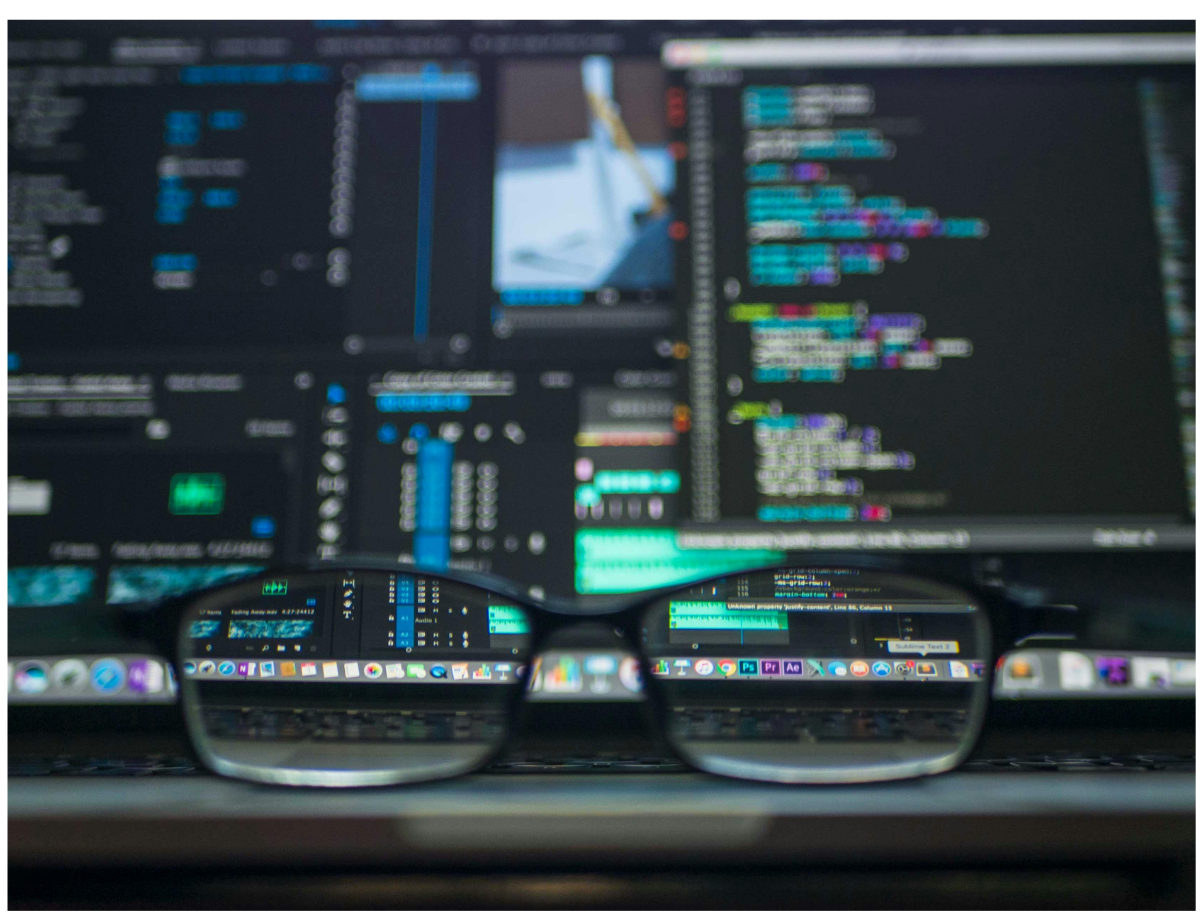
Repository: Caiquedev123/Sites
Page: index.html
The author's editor kept a copy of each file at every save. The page is drawn from the files as they stood at one save, then again after a run of saves.
The browser window is 1280 px wide. The pictures show the whole page, at 94% of full size.

Above is the page before, as saved 2024-07-22 14:04:40.

After the next 2 saves:
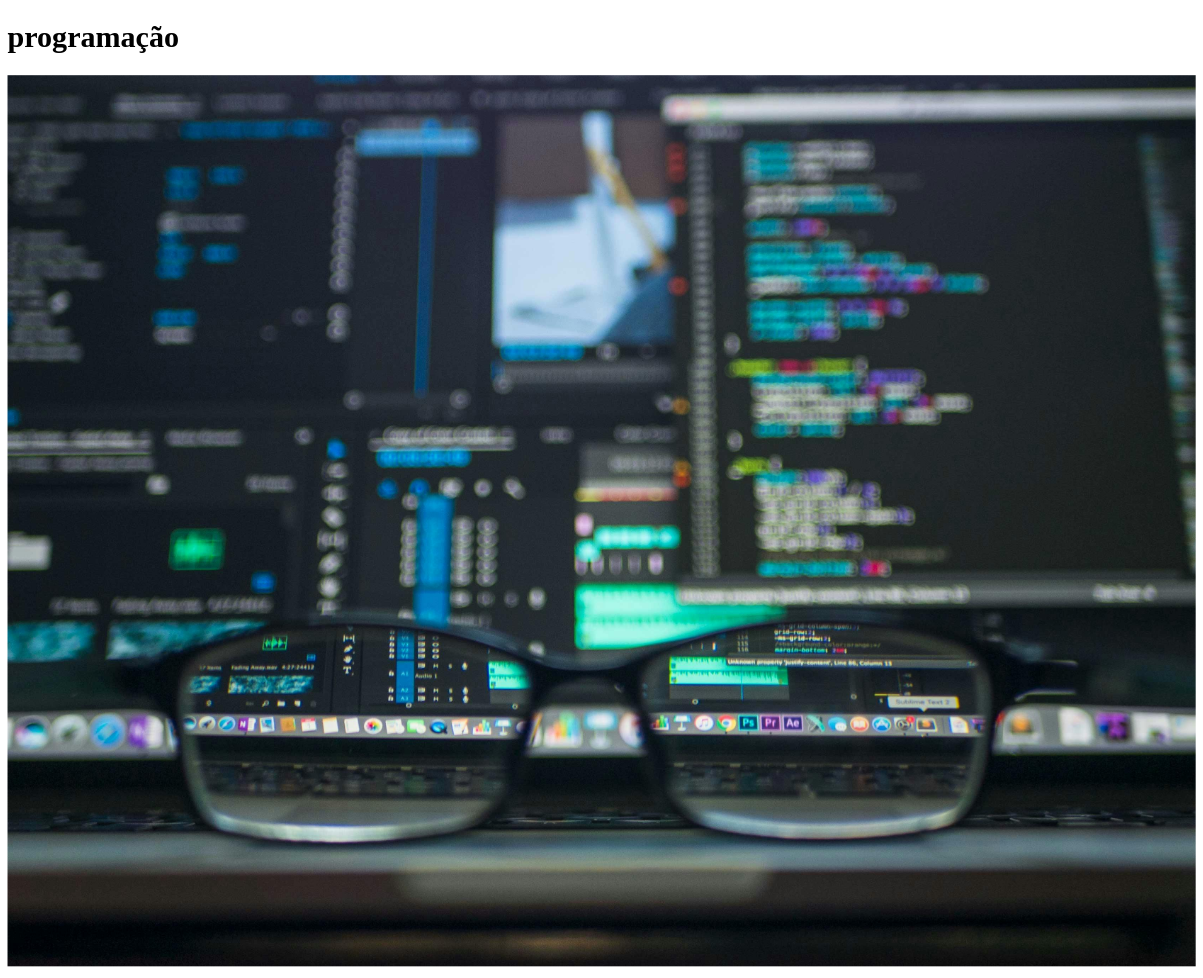
The 2 saves are shown as one change because they came seconds apart.
The last was saved 9 s later.
--- a/index.html
+++ b/index.html
@@ -8,7 +8,7 @@
 </head>
 <body>
     <div class="container">
-        <h1></h1>
+        <h1>programação </h1>
     </div>
     <section class="imagens">
         <img src="./imagem/Progrmação.jpg" alt="programação">
